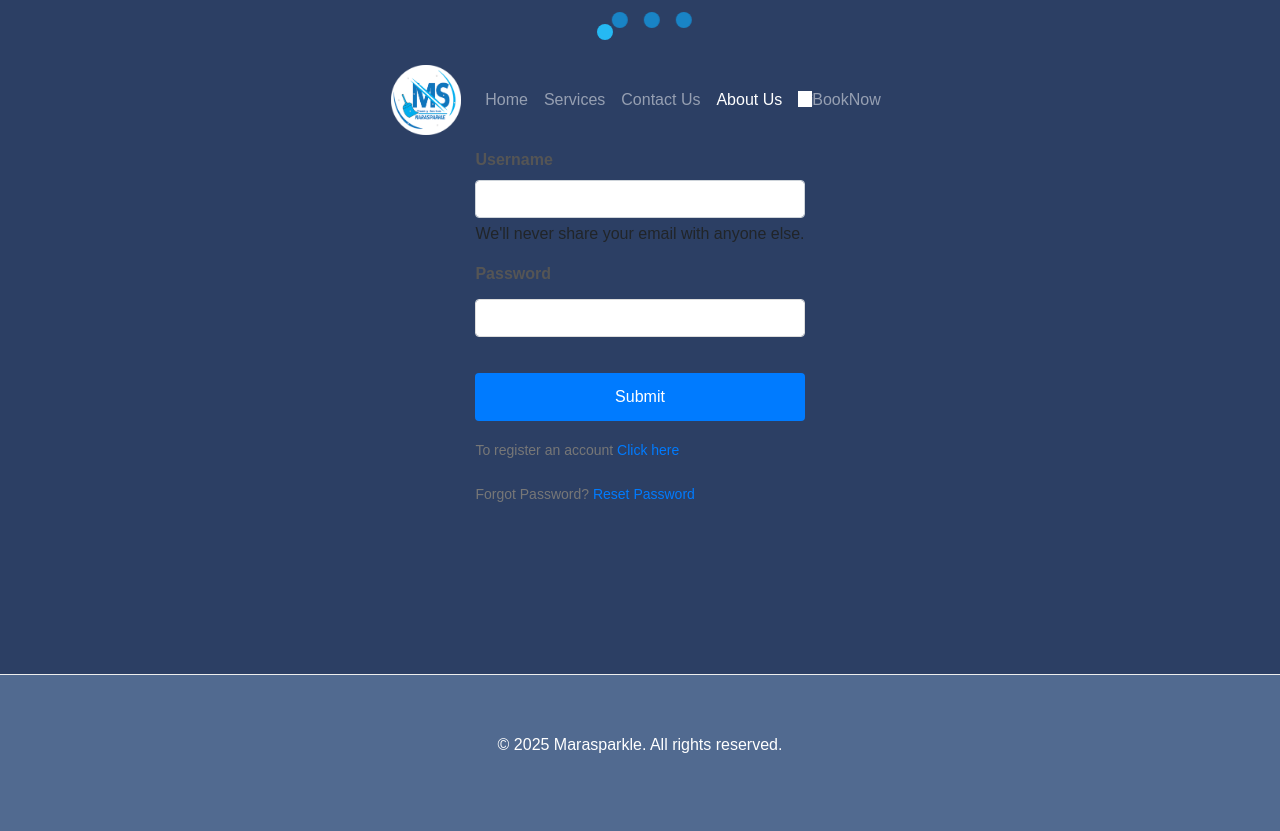
Repository: guineveretim/sparkle
Page: http://localhost/login/
These files come from the project's save history. The page is drawn as it stood at one moment and after the next save; the edit follows.
The browser window is 1280 px wide. The pictures show the whole page.
The page is served by the project's application, run on Django 5.2 (manage.py). Other server files are loaded and not shown.

Above is the page before, as saved 2025-03-26 15:05:33.

### templates/authentication/login.html
{% load static %}
<!DOCTYPE html>
<html lang="en">
<head>
    <meta charset="UTF-8">
    <title>Login</title>
    <link rel="stylesheet" href="{% static 'css/authentication/login.css'%}">


     <!-- Font Awesome CDN -->
     <link rel="stylesheet" href="https://cdnjs.cloudflare.com/ajax/libs/font-awesome/6.0.0-beta3/css/all.min.css">

     <!--Google fomts-->
     <link href="https://fonts.googleapis.com/css2?family=Roboto:wght@400&display=swap" rel="stylesheet">

     <!-- Bootstrap core CSS -->
     <link rel="stylesheet" href="https://cdn.jsdelivr.net/npm/bootstrap@4.1.3/dist/css/bootstrap.min.css" integrity="sha384-MCw98/SFnGE8fJT3GXwEOngsV7Zt27NXFoaoApmYm81iuXoPkFOJwJ8ERdknLPMO" crossorigin="anonymous">



     <link rel="stylesheet" href="{% static 'assets/css/templatemo-villa-agency.css' %}">
</head>
<body>

        <!-- ***** Preloader Start ***** -->
        <div id="js-preloader" class="js-preloader">
            <div class="preloader-inner">
                <span class="dot"></span>
                <div class="dots">
                    <span></span>
                    <span></span>
                    <span></span>
                </div>
            </div>
        </div>
        <!-- ***** Preloader End ***** -->



        <!-- ***** Header Area Start ***** -->
            <nav class="navbar navbar-expand-lg navbar-dark sticky-top" style="background-color: #2c3f64;">
                <div class="container-fluid">
                <a class="navbar-brand" href="{% url 'home' %}">
                    <img src="{% static 'icons/Maralog.png' %}" style="width:70px;">
                </a>
                <button class="navbar-toggler" type="button" data-toggle="collapse" data-target="#navbarNav" aria-controls="navbarNav" aria-expanded="false" aria-label="Toggle navigation">
                    <span class="navbar-toggler-icon"></span>
                </button>

                <div class="collapse navbar-collapse" id="navbarNav">
                    <ul  class="navbar-nav ml-auto">
                        <li class="nav-item">
                            <a class="nav-link" href="{% url 'home' %}">Home <span class="sr-only">(current)</span></a>
                        </li>
                        <li class="nav-item">
                            <a class="nav-link" href="{% url 'services_details' %}">Services</a>
                        </li>

                        <li class="nav-item">
                            <a class="nav-link" href="{% url 'contact' %}">Contact Us</a>
                        </li>
                        <li class="nav-item active">
                            <a class="nav-link" href="{% url 'about' %}">About Us</a>
                        </li>
                        <li class="nav-item">
                            <a class="nav-link" href="{% url 'login' %}"><i class="fas fa-calendar" style="background-color: rgb(255, 255, 255);"></i>BookNow</a>
                        </li>
                    </ul>
                </div>
            </div>
            </nav>

        <!-- ***** Header Area End ***** -->
 <div class="main-content">
 <form>
    <div class="mb-3">
      <label for="exampleInputEmail1" class="form-label">Username</label>
      <input type="email" class="form-control" id="exampleInputEmail1" aria-describedby="emailHelp">
      <div id="emailHelp" class="form-text">We'll never share your email with anyone else.</div>
    </div>
    <div class="mb-3">
      <label for="exampleInputPassword1" class="form-label">Password</label>
      <input type="password" class="form-control" id="exampleInputPassword1">
    </div>
    <button type="submit" class="btn btn-primary">Submit</button>
  </form>

  <p class="signup-link">
    To register an account
    <a href="{% url 'register' %}">Click here</a>
</p>

<p class="forgot-password">
    Forgot Password?
    <a href="{% url 'password_reset' %}">Reset Password</a>

</p>
</div>


<footer>

    <p>&copy; {{2025}} Marasparkle. All rights reserved.</p>

</footer>

<!-- jQuery first, then Popper.js, then Bootstrap JS -->
<script src="https://code.jquery.com/jquery-3.3.1.slim.min.js" integrity="sha384-q8i/X+965DzO0rT7abK41JStQIAqVgRVzpbzo5smXKp4YfRvH+8abtTE1Pi6jizo" crossorigin="anonymous"></script>
<script src="https://cdn.jsdelivr.net/npm/popper.js@1.14.3/dist/umd/popper.min.js" integrity="sha384-ZMP7rVo3mIykV+2+9J3UJ46jBk0WLaUAdn689aCwoqbBJiSnjAK/l8WvCWPIPm49" crossorigin="anonymous"></script>
<script src="https://cdn.jsdelivr.net/npm/bootstrap@4.1.3/dist/js/bootstrap.min.js" integrity="sha384-ChfqqxuZUCnJSK3+MXmPNIyE6ZbWh2IMqE241rYiqJxyMiZ6OW/JmZQ5stwEULTy" crossorigin="anonymous"></script>
</body>
</html>

### marasparkle/forms.py
from django import forms
from django.contrib.auth.forms import UserCreationForm, AuthenticationForm, PasswordResetForm, SetPasswordForm
from django.contrib.auth.models import User
from .models import Booking

class RegisterForm(forms.ModelForm):

    username = forms.CharField(
        widget=forms.TextInput(attrs={'placeholder': 'Enter Your Username'}),
        label='Username',
        help_text=None,
    )

    email = forms.EmailField(
        widget=forms.EmailInput(attrs={'placeholder': 'Enter Your Email: Example@gmail.com'}),
        label='Email',
        help_text=None,
    )

    password = forms.CharField(
        widget=forms.PasswordInput(attrs={'placeholder': 'enter password'}),
        label='Enter Password',
        help_text=None,
    )

    confirm_password = forms.CharField(
        widget=forms.PasswordInput(attrs={'placeholder': 'Confirm password'}),
        label='Confirm Password',
        help_text=None,
    )

    class Meta:
        model = User
        fields = ['username', 'email', 'password', 'confirm_password']





class LoginForm(AuthenticationForm):
    username = forms.CharField(required=True)
    password = forms.CharField(widget=forms.PasswordInput, required=True)


class ResetPasswordForm(PasswordResetForm):
    class Meta:
        model = User
        fields = ['email']

    def __init__(self, *args, **kwargs):
        super(ResetPasswordForm, self).__init__(*args, **kwargs)
        self.fields['email'].widget.attrs.update({
            'class': 'form-control',
            'placeholder': 'Email',
            'required': 'True'
        })


class ResetPasswordConfirmForm(SetPasswordForm):
    class Meta:
        model = User
        fields = ['new_password1', 'new_password2']

    def __init__(self, *args, **kwargs):
        super(ResetPasswordConfirmForm, self).__init__(*args, **kwargs)
        self.fields['new_password1'].widget.attrs.update({
            'class': 'form-control',
            'placeholder': 'New Password',
            'required': 'True'
        })
        self.fields['new_password2'].widget.attrs.update({
            'class': 'form-control',
            'placeholder': 'Retype New Password',
            'required': 'True'
        })
        self.fields['new_password1'].help_text = ''
        self.fields['new_password2'].help_text = ''


class BookingForm(forms.ModelForm):
    class Meta:
        model = Booking
        fields = ['date_time', 'contact_infor', 'service_selection', 'location_infor', 'additional_details']
        widgets = {
            'date_time': forms.DateTimeInput(attrs={'type': 'datetime-local'}),
            'contact_infor': forms.TextInput(attrs={'placeholder': 'Contact Information'}),
            'location_infor': forms.TextInput(attrs={'placeholder': 'Location'}),
            'additional_details': forms.Textarea(attrs={'placeholder': 'Additional Details', 'rows': 3}),
        }

### marasparkle/views.py

from django.shortcuts import redirect, render
from django.contrib.auth import authenticate, login
from .forms import RegisterForm, LoginForm
from django.contrib.auth.decorators import login_required
from django.contrib import messages
from .forms import BookingForm



def home(request):
  return render(request, 'home.html')

def Service(request):
    return render(request, 'application/services.html')


def contact(request):
    return render(request, 'application/contact.html')

def about_view(request):
    return render(request, 'application/about.html')


def register(request):
   if request.method == 'POST':
       form = RegisterForm(request.POST)
       if form.is_valid():
           user = form.save()
           login(request, user)
           return redirect('login')
   else:
       form = RegisterForm()
   return render(request, 'authentication/register.html', {'form': form})

def login_view(request):
    if request.method == 'POST':
        form = LoginForm(data=request.POST)
        if form.is_valid():
            username = form.cleaned_data.get('username')
            password = form.cleaned_data.get('password')
            user = authenticate(request, username=username, password=password)
            if user is not None:
                login(request, user)
                return redirect('bookings')
            else:

                messages.error(request, 'Invalid username or password.')
    else:
        form = LoginForm()
    return render(request, 'authentication/login.html', {'form': form})


@login_required
def create_booking(request):
    if request.method == 'POST':
        form = BookingForm(request.POST)
        if form.is_valid():
            booking = form.save(commit=False)
            booking.user = request.user
            booking.save()
            return redirect('booking_success')
    else:
        form = BookingForm()

    return render(request,'accounts/booking.html', {'form':form})

### marasparkleweb/urls.py
"""
URL configuration for marasparkleweb project.

The `urlpatterns` list routes URLs to views. For more information please see:
    https://docs.djangoproject.com/en/5.1/topics/http/urls/
Examples:
Function views
    1. Add an import:  from my_app import views
    2. Add a URL to urlpatterns:  path('', views.home, name='home')
Class-based views
    1. Add an import:  from other_app.views import Home
    2. Add a URL to urlpatterns:  path('', Home.as_view(), name='home')
Including another URLconf
    1. Import the include() function: from django.urls import include, path
    2. Add a URL to urlpatterns:  path('blog/', include('blog.urls'))
"""
from django.contrib import admin
from django.urls import include, path

urlpatterns = [
    path('admin/', admin.site.urls),
    path('', include('marasparkle.urls')),
]

### marasparkle/urls.py
from django.urls import path

from marasparkle.forms import ResetPasswordConfirmForm, ResetPasswordForm
from . import views
from django.contrib.auth import views as auth_views


urlpatterns = [
    path('', views.home, name='home'),
    path('about/',views.about_view, name='about'),
    path('services/',views.Service,name='services_details'),
    path('login/', views.login_view, name= 'login'),
    path('register/', views.register, name='register'),
    path('contact/', views.contact, name='contact'),

    path('password_reset/', auth_views.PasswordResetView.as_view(
        template_name='authentication/password_reset.html',
        form_class=ResetPasswordForm
    ), name='password_reset'),


    path('password_reset_done/', auth_views.PasswordResetDoneView.as_view(
        template_name='authentication/password_reset_done.html'
    ), name='password_reset_done'),


    path('password_reset_confirm/<uidb64>/<token>/', auth_views.PasswordResetConfirmView.as_view(
        template_name='authentication/password_reset_confirm.html',
        form_class=ResetPasswordConfirmForm
    ), name='password_reset_confirm'),

    path('password_reset_complete/', auth_views.PasswordResetCompleteView.as_view(
        template_name='authentication/password_reset_complete.html'
    ), name='password_reset_complete'),

    path('booking/',views.create_booking, name= 'bookings'),



]

### static/css/authentication/login.css
body {
  font-family: 'Arial', sans-serif;
  background-color:#e0f2f7;
  margin: 0;
  padding: 0;
  display: flex;
  justify-content: center;
  align-items: center;
  min-height: 100vh;
  flex-direction: column;
  color: #333;


}

.content{
  display: flex;
  justify-content: center;
  align-items: center;
  height: 80vh;
}
.container {
  background-color: #f5faff;
  padding: 20px;
  border-radius: 8px;
  box-shadow: 0 0 10px rgba(0, 0, 0, 0.1);
  width: 400px;
  max-width: 90%; /* Responsive width */
  text-align: center;
  height: 40vh;

}

h2 {
  color: #007bff;
  margin-bottom: 20px;
}

form {
  display: flex;
  flex-direction: column;
  align-items: stretch;
}

form p {
  margin-bottom: 15px;
  text-align: left;
}

label {
  font-weight: bold;
  margin-bottom: 5px;
  color: #555;
}

input[type="text"],
input[type="password"] {
  padding: 10px;
  border: 1px solid #ddd;
  border-radius: 4px;
  margin-top: 5px;
  font-size: 16px;
}

button[type="submit"] {
  background-color: #007bff;
  color: white;
  padding: 12px 20px;
  border: none;
  border-radius: 4px;
  cursor: pointer;
  font-size: 16px;
  transition: background-color 0.3s ease;
  margin-top: 20px;
}

button[type="submit"]:hover {
  background-color: #0056b3;
}

.signup-link,
.forgot-password {
  margin-top: 15px;
  font-size: 14px;
  color: #777;
}

.signup-link a,
.forgot-password a {
  color: #007bff;
  text-decoration: none;
}

.signup-link a:hover,
.forgot-password a:hover {
  text-decoration: underline;
}


footer {
  display: flex;
  justify-content: center;
  text-align: center;
  margin-top: 60px;
  padding: 20px;
  background-color: #f9f9f9;
  border-top: 1px solid #eee;
  color: #777;
  width: 100%;
}


@media (max-width: 600px) {
  .container {
      padding: 15px;
  }

  h2 {
      font-size: 24px;
  }

  input[type="text"],
  input[type="password"] {
      font-size: 14px;
  }

  button[type="submit"] {
      font-size: 14px;
  }

  .signup-link,
  .forgot-password {
      font-size: 12px;
  }
}

Loaded but not shown: static/assets/css/templatemo-villa-agency.css (990 lines, source omitted)

After the next save:
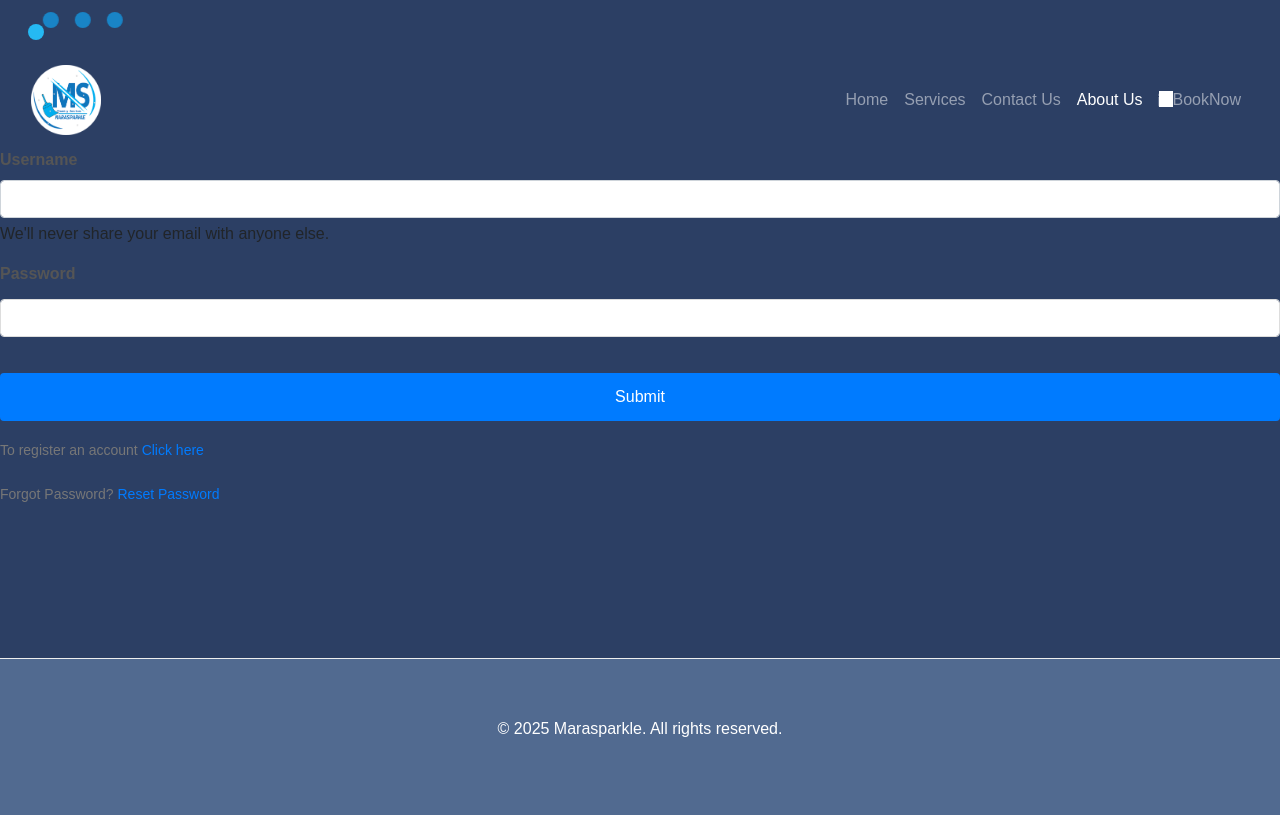
Saved 15 s later.
--- a/static/css/authentication/login.css
+++ b/static/css/authentication/login.css
@@ -1,4 +1,4 @@
-body {
+.main-container{
   font-family: 'Arial', sans-serif;
   background-color:#e0f2f7;
   margin: 0;
